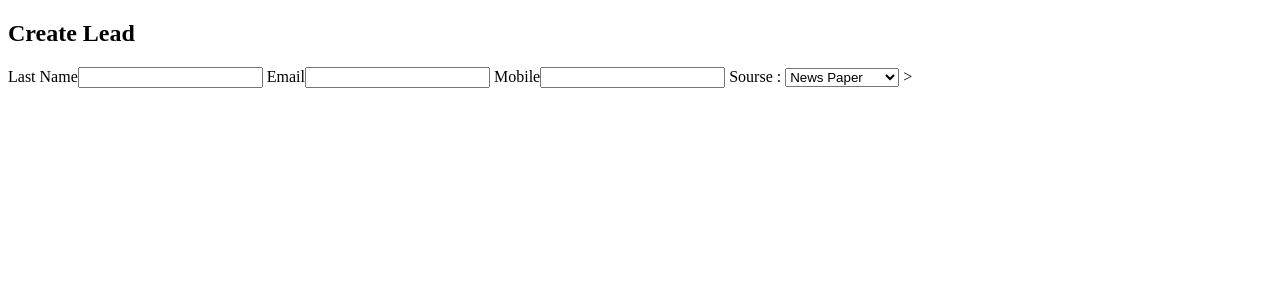
Repository: zuberahmed786/SpringBoot
Page: http://localhost/zohoCrmProject/WEB-INF/views/create_lead.jsp
An editor plug-in stored every save of this project. The page is shown before and after the next save, followed by the edit.
The browser window is 1280 px wide. The pictures show the whole page.
The page is served by Tomcat 9. Nobody is signed in. Other server files are loaded and not shown. The template is opened directly, without the code that normally fills it, so the values that code supplies are empty.

Above is the page before, as saved 2022-10-08 13:32:58.

### zohoCrmProject/src/main/webapp/WEB-INF/views/create_lead.jsp
<%@ page language="java" contentType="text/html; charset=ISO-8859-1"
    pageEncoding="ISO-8859-1"%>
<!DOCTYPE html>
<html>
<head>
<meta charset="ISO-8859-1">
<title>Create Lead</title>
</head>
<body>

<h2>Create Lead</h2>

<form action=""

First Name<input type="text" name="firstName"/>
Last Name<input type="text" name="lastName"/>
 Email<input type="email" name="email"/>
 Mobile<input type="number" name="mobile"/>
 Sourse :
 <select name="sourse" >
 <option value="news_paper">News Paper</option>
 <option value="tv">TV Commercial</option>
 <option value="online">Online</option>
 <option value="seminar">Seminar</option>
 </select>

></form>

</body>
</html>

After the next save:
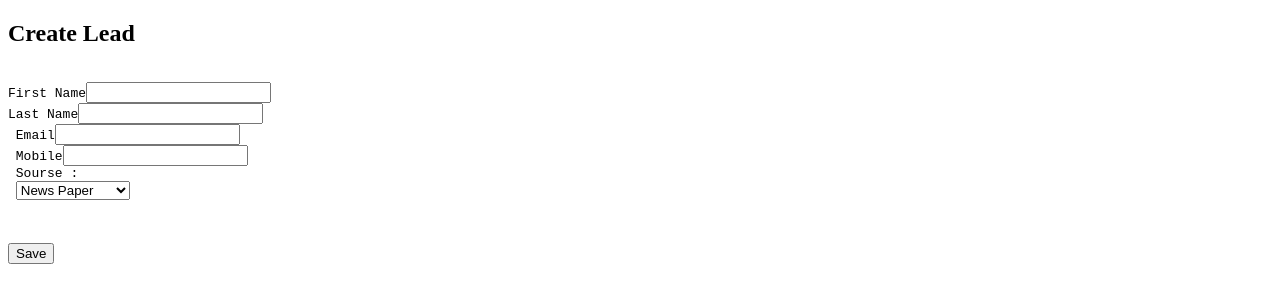
Saved 78 s later.
--- a/zohoCrmProject/src/main/webapp/WEB-INF/views/create_lead.jsp
+++ b/zohoCrmProject/src/main/webapp/WEB-INF/views/create_lead.jsp
@@ -10,7 +10,9 @@
 
 <h2>Create Lead</h2>
 
-<form action=""
+<form action="">
+
+<pre>
 
 First Name<input type="text" name="firstName"/>
 Last Name<input type="text" name="lastName"/>
@@ -24,7 +26,11 @@ Last Name<input type="text" name="lastName"/>
  <option value="seminar">Seminar</option>
  </select>
 
-></form>
+ </pre>
+
+ <input type="submit" value="Save"/>
+
+</form>
 
 </body>
 </html>
